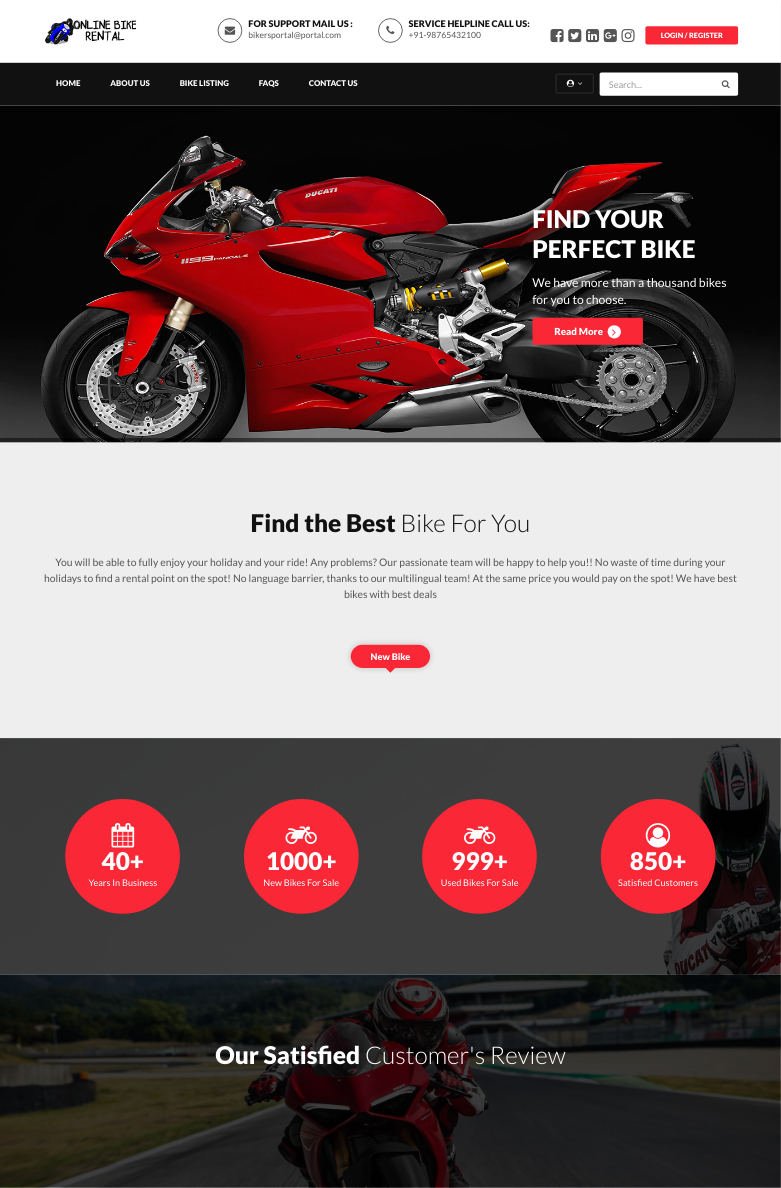
Repository: Het95/Bike-Rental-JSP
Page: http://localhost/AJOep/
An editor plug-in stored every save of this project. The page is shown before and after the next save, followed by the edit.
The browser window is 1280 px wide. The pictures show the whole page, at 61% of full size.
Backgrounds fixed to the window are drawn as part of the page. The page is served by Tomcat 9. Other server files are loaded and not shown. Queries for data that is not in the repository find no rows.

Above is the page before, as saved 2020-05-31 22:02:19.

### AJOep/WebContent/index.jsp
 <%@ page language="java" contentType="text/html; charset=ISO-8859-1"
    pageEncoding="ISO-8859-1"%>
    <%@ taglib uri="http://java.sun.com/jsp/jstl/sql" prefix="sql" %>
    <%@ taglib uri="http://java.sun.com/jsp/jstl/core" prefix="c" %>
<!DOCTYPE html>
<html>
<head>
		<meta charset="ISO-8859-1">
        <meta name="viewport" content="width=device-width, initial-scale=1.0">
        <title>Bike Rental Portal</title>
		<!--Bootstrap -->
		<link rel="stylesheet" href="assets/css/bootstrap.min.css" type="text/css">
		<link rel="stylesheet" href="assets/css/styles.css" type="text/css">
		<link rel="stylesheet" href="assets/css/owl.carousel.css" type="text/css">
		<link rel="stylesheet" href="assets/css/owl.transitions.css" type="text/css">
		<link href="assets/css/slick.css" rel="stylesheet">
		<link href="assets/css/bootstrap-slider.min.css" rel="stylesheet">
		<link href="assets/css/font-awesome.min.css" rel="stylesheet">
		<link rel="apple-touch-icon-precomposed" sizes="144x144" href="assets/images/favicon-icon/apple-touch-icon-144-precomposed.png">
		<link rel="apple-touch-icon-precomposed" sizes="114x114" href="assets/images/favicon-icon/apple-touch-icon-114-precomposed.html">
		<link rel="apple-touch-icon-precomposed" sizes="72x72" href="assets/images/favicon-icon/apple-touch-icon-72-precomposed.png">
		<link rel="apple-touch-icon-precomposed" href="assets/images/favicon-icon/apple-touch-icon-57-precomposed.png">
		<link rel="shortcut icon" href="assets/images/favicon-icon/24x24.png">
		<link href="https://fonts.googleapis.com/css?family=Lato:300,400,700,900" rel="stylesheet">
		<title>Biker's Portal</title>
</head>
<body>

	 <!-- DataBase -->
	 <sql:setDataSource var="db" driver="com.mysql.jdbc.Driver"
     url="jdbc:mysql://localhost/bikers_portal_db"
     user="root"  password=""/>
	 <!-- /DataBase -->

	<!-- Header -->

	<header>
  	<div class="default-header">
    	<div class="container">
      		<div class="row">
        		<div class="col-sm-3 col-md-2">
          			<div class="logo"> <a href="index.jsp"><img src="assets/images/logg2.png" alt="image"/></a> </div>
        		</div>
        		<div class="col-sm-9 col-md-10">
          			<div class="header_info">
            			<div class="header_widgets">
              <div class="circle_icon"> <i class="fa fa-envelope" aria-hidden="true"></i> </div>
              <p class="uppercase_text">For Support Mail us : </p>
              <a href="mailto:bikersportal@portal.com">bikersportal@portal.com</a> </div>
            <div class="header_widgets">
              <div class="circle_icon"> <i class="fa fa-phone" aria-hidden="true"></i> </div>
              <p class="uppercase_text">Service Helpline Call Us: </p>
              <a href="tel:+91-98765432100">+91-98765432100</a> </div>
            <div class="social-follow">
              <ul>
                <li><a href="https://www.facebook.com/"><i class="fa fa-facebook-square" aria-hidden="true"></i></a></li>
                <li><a href="https://www.twitter.com/"><i class="fa fa-twitter-square" aria-hidden="true"></i></a></li>
                <li><a href="https://www.linkedin.com/"><i class="fa fa-linkedin-square" aria-hidden="true"></i></a></li>
                <li><a href="https://www.google.com/"><i class="fa fa-google-plus-square" aria-hidden="true"></i></a></li>
                <li><a href="https://www.instagram.com/"><i class="fa fa-instagram" aria-hidden="true"></i></a></li>
              </ul>
            </div>

            <c:choose>
            	<c:when test="${ sessionScope.userMail eq null }">
            		<div class="login_btn"> <a href="login.jsp" class="btn btn-xs uppercase" >Login / Register</a> </div>
            	</c:when>
            	<c:otherwise>
            		Welcome To Bike rental portal
            	</c:otherwise>
            </c:choose>
			  </div>
        </div>
      </div>
    </div>
  </div>
  <!-- Navigation -->
  <nav id="navigation_bar" class="navbar navbar-default">
    <div class="container">
      <div class="navbar-header">
        <button id="menu_slide" data-target="#navigation" aria-expanded="false" data-toggle="collapse" class="navbar-toggle collapsed" type="button"> <span class="sr-only">Toggle navigation</span> <span class="icon-bar"></span> <span class="icon-bar"></span> <span class="icon-bar"></span> </button>
      </div>
      <div class="header_wrap">
        <div class="user_login">
          <ul>
            <li class="dropdown"> <a href="#" data-toggle="dropdown" aria-haspopup="true" aria-expanded="false"><i class="fa fa-user-circle" aria-hidden="true"></i>
            <sql:query dataSource="${db}" var="result">SELECT FullName FROM tblusers WHERE EmailId='${sessionScope.userMail }'</sql:query>
            <c:forEach var="row" items="${result.rows}"  >
            	<c:out value="${ row.FullName }"/>
            </c:forEach>
            <i class="fa fa-angle-down" aria-hidden="true"></i></a>
              <ul class="dropdown-menu">
              	<c:choose>
              		<c:when test="${ sessionScope.userMail eq null }">
              			<li><a href="#loginform"  data-toggle="modal" data-dismiss="modal">Profile Settings</a></li>
              			<li><a href="#loginform"  data-toggle="modal" data-dismiss="modal">Update Password</a></li>
           		 		<li><a href="#loginform"  data-toggle="modal" data-dismiss="modal">My Booking</a></li>
            			<li><a href="#loginform"  data-toggle="modal" data-dismiss="modal">Sign Out</a></li>
              		</c:when>
              		<c:otherwise>
              			<li><a href="profile.jsp">Profile Settings</a></li>
          			    <li><a href="update-password.jsp">Update Password</a></li>
            			<li><a href="my-booking.jsp">My Booking</a></li>
            			<li><a href="logout.jsp">Sign Out</a></li>
              		</c:otherwise>
              	</c:choose>

              	</ul>
            </li>
          </ul>
        </div>
        <div class="header_search">
          <div id="search_toggle"><i class="fa fa-search" aria-hidden="true"></i></div>
          <form action="#" method="get" id="header-search-form">
            <input type="text" placeholder="Search..." class="form-control">
            <button type="submit"><i class="fa fa-search" aria-hidden="true"></i></button>
          </form>
        </div>
      </div>
      <div class="collapse navbar-collapse" id="navigation">
        <ul class="nav navbar-nav">
          <li><a href="index.jsp">Home</a>    </li>

          <li><a href="page.jsp?type=aboutus">About Us</a></li>
          <li><a href="bike-listing.jsp">Bike Listing</a>
          <li><a href="page.jsp?type=faqs">FAQs</a></li>
          <li><a href="contact-us.jsp">Contact Us</a></li>

        </ul>
      </div>
    </div>
  </nav>
  <!-- Navigation end -->

</header>

	<!-- /Header -->
		<!-- Banners -->
		<section id="banner" class="banner-section">
		  <div class="container">
		    <div class="div_zindex">
		      <div class="row">
		        <div class="col-md-5 col-md-push-7">
		          <div class="banner_content">
		            <h1>Find Your Perfect bike</h1>
		            <p>We have more than a thousand bikes for you to choose. </p>
		            <a href="bike-listing.jsp" class="btn">Read More <span class="angle_arrow"><i class="fa fa-angle-right" aria-hidden="true"></i></span></a> </div>
		        </div>
		      </div>
		    </div>
		  </div>
		</section>
		<!-- /Banners -->


		<!-- Resent Cat-->
		<section class="section-padding gray-bg">
  			<div class="container">
    			<div class="section-header text-center">
      				<h2>Find the Best <span>Bike For You</span></h2>
      				<p>You will be able to fully enjoy your holiday and your ride! Any problems? Our passionate team will be happy to help you!! No waste of time during your holidays to find a rental point on the spot! No language barrier, thanks to our multilingual team! At the same price you would pay on the spot! We have best bikes with best deals</p>
   				</div>
 			<div class="row">

	      <!-- Nav tabs -->
	      <div class="recent-tab">
	        <ul class="nav nav-tabs" role="tablist">
	          <li role="presentation" class="active"><a href="#resentnewcar" role="tab" data-toggle="tab">New Bike</a></li>
	        </ul>
	      </div>
	      <!-- Recently Listed New Bikes -->

	      <div class="tab-content">
	        <div role="tabpanel" class="tab-pane active" id="resentnewcar">

	         <sql:query dataSource = "${db}" var = "result">
        	    SELECT tblvehicles.VehiclesTitle,tblbrands.BrandName,tblvehicles.PricePerDay,tblvehicles.FuelType,tblvehicles.ModelYear,tblvehicles.id,tblvehicles.SeatingCapacity,tblvehicles.VehiclesOverview,tblvehicles.Vimage1 from tblvehicles join tblbrands on tblbrands.id=tblvehicles.VehiclesBrand;
     	    </sql:query>

	         <c:forEach var = "row" items = "${result.rows}">
	               <div class="col-list-3">
						<div class="recent-car-list">
							<div class="car-info-box"> <a href="vehical-details.php?vhid=${row.id }"><img src="admin/img/vehicleimages/${row.Vimage1}" class="img-responsive" alt="image"></a>
							<ul>
								<li><i class="fa fa-car" aria-hidden="true"></i><c:out value="${row.FuelType }"/></li>
								<li><i class="fa fa-calendar" aria-hidden="true"></i><c:out value="${row.ModelYear }"/> Model</li>
								<li><i class="fa fa-user" aria-hidden="true"></i><c:out value="${row.SeatingCapacity }"/> seats</li>
							</ul>
					</div>
					<div class="car-title-m">
						<h6><a href="vehical-details.php?vhid=${row.id }"><c:out value="${row.BrandName }"/> ,<c:out value="${row.VehiclesTitle }"/></a></h6>
						<span class="price"><c:out  value="${ row.PricePerDay }"/> /Day</span>
					</div>
					<div class="inventory_info_m">
						<p><c:out value="${ row.VehiclesOverview}"/></p>
				</div>
			</div>
		</div>

		 </c:forEach>
      </div>
    </div>
  </div>
		</section>
<!-- /Resent Cat -->

<!-- Fun Facts-->
<section class="fun-facts-section">
  <div class="container div_zindex">
    <div class="row">
      <div class="col-lg-3 col-xs-6 col-sm-3">
        <div class="fun-facts-m">
          <div class="cell">
            <h2><i class="fa fa-calendar" aria-hidden="true"></i>40+</h2>
            <p>Years In Business</p>
          </div>
        </div>
      </div>
      <div class="col-lg-3 col-xs-6 col-sm-3">
        <div class="fun-facts-m">
          <div class="cell">
            <h2><i class="fa fa-motorcycle " aria-hidden="true"></i>1000+</h2>
            <p>New Bikes For Sale</p>
          </div>
        </div>
      </div>
      <div class="col-lg-3 col-xs-6 col-sm-3">
        <div class="fun-facts-m">
          <div class="cell">
            <h2><i class="fa fa-motorcycle " aria-hidden="true"></i>999+</h2>
            <p>Used Bikes For Sale</p>
          </div>
        </div>
      </div>
      <div class="col-lg-3 col-xs-6 col-sm-3">
        <div class="fun-facts-m">
          <div class="cell">
            <h2><i class="fa fa-user-circle-o" aria-hidden="true"></i>850+</h2>
            <p>Satisfied Customers</p>
          </div>
        </div>
      </div>
    </div>
  </div>
  <!-- Dark Overlay-->
  <div class="dark-overlay"></div>
</section>
<!-- /Fun Facts-->


<!--Testimonial -->
<section class="section-padding testimonial-section parallex-bg">
  <div class="container div_zindex">
    <div class="section-header white-text text-center">
      <h2>Our Satisfied <span>Customer's Review</span></h2>
    </div>
    <div class="row">
      <div id="testimonial-slider">
   	  		     <sql:query dataSource = "${db}" var = "result">
        	    	SELECT tbltestimonial.Testimonial,tblusers.FullName from tbltestimonial join tblusers on tbltestimonial.UserEmail=tblusers.EmailId where tbltestimonial.status=1;
        	    </sql:query>
        	     <c:forEach var = "row" items = "${result.rows}">


        	     	<div class="testimonial-m">
          				<div class="testimonial-img"> <img src="assets/images/cat-profile.png" alt="" /> </div>
          				<div class="testimonial-content">
            				<div class="testimonial-heading">
              					<h5><c:out value="${ row.FullName }"/></h5>
            					<p><c:out value="${ row.Testimonial }"/></p>
         					</div>
        				</div>
        			</div>
			</c:forEach>

      </div>
    </div>
  </div>
  <!-- Dark Overlay-->
  <div class="dark-overlay"></div>
</section>
        	<!-- /Testimonial-->


<!--Back to top-->
<div id="back-top" class="back-top"> <a href="#top"><i class="fa fa-angle-up" aria-hidden="true"></i> </a> </div>
<!--/Back to top-->


<!-- Scripts -->
<script src="assets/js/jquery.min.js"></script>
<script src="assets/js/bootstrap.min.js"></script>
<script src="assets/js/interface.js"></script>
<!--bootstrap-slider-JS-->
<script src="assets/js/bootstrap-slider.min.js"></script>
<!--Slider-JS-->
<script src="assets/js/slick.min.js"></script>
<script src="assets/js/owl.carousel.min.js"></script>

</body>
</html>

Loaded but not shown: AJOep/WebContent/assets/css/bootstrap.min.css (library); AJOep/WebContent/assets/css/owl.carousel.css (common file); AJOep/WebContent/assets/css/owl.transitions.css (library); AJOep/WebContent/assets/css/slick.css (common file); AJOep/WebContent/assets/css/bootstrap-slider.min.css (library); AJOep/WebContent/assets/css/font-awesome.min.css (library); AJOep/WebContent/assets/js/jquery.min.js (library); AJOep/WebContent/assets/js/bootstrap.min.js (library); AJOep/WebContent/assets/js/bootstrap-slider.min.js (library); AJOep/WebContent/assets/js/slick.min.js (library); AJOep/WebContent/assets/js/owl.carousel.min.js (library); AJOep/WebContent/assets/fonts/fontawesome-webfont3e6e.html (common file); AJOep/WebContent/assets/js/interface.js (180 lines, source omitted); AJOep/WebContent/assets/css/styles.css (5459 lines, source omitted)

After the next save:
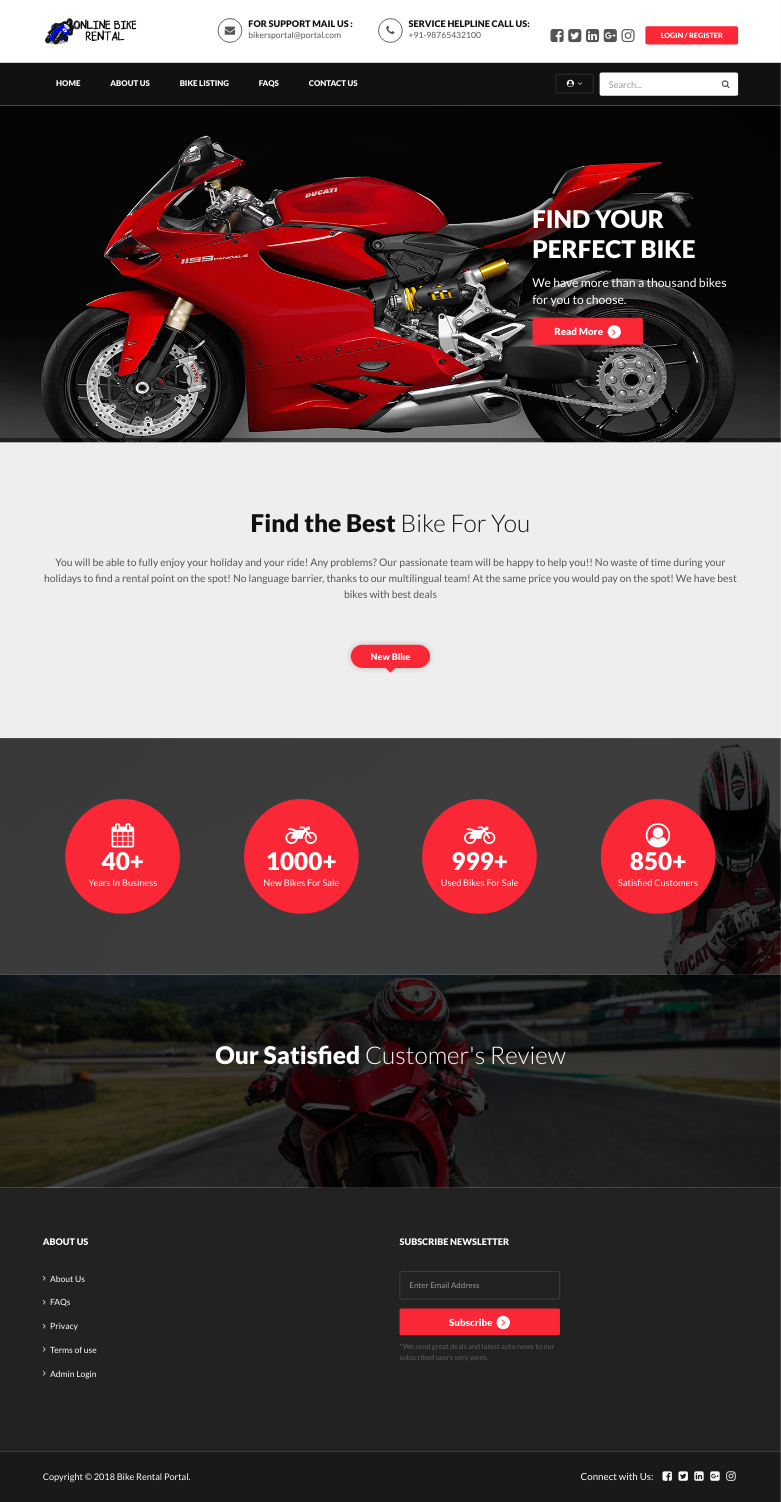
Saved 2 min 5 s later.
--- a/AJOep/WebContent/index.jsp
+++ b/AJOep/WebContent/index.jsp
@@ -287,6 +287,63 @@
 <!--/Back to top-->
 
 
+<!-- Footer -->
+<footer>
+  <div class="footer-top">
+    <div class="container">
+      <div class="row">
+
+        <div class="col-md-6">
+          <h6>About Us</h6>
+          <ul>
+
+
+          <li><a href="page.jsp?type=aboutus">About Us</a></li>
+            <li><a href="page.jsp?type=faqs">FAQs</a></li>
+            <li><a href="page.jsp?type=privacy">Privacy</a></li>
+          <li><a href="page.jsp?type=terms">Terms of use</a></li>
+               <li><a href="admin/">Admin Login</a></li>
+          </ul>
+        </div>
+
+        <div class="col-md-3 col-sm-6">
+          <h6>Subscribe Newsletter</h6>
+          <div class="newsletter-form">
+            <form method="post">
+              <div class="form-group">
+                <input type="email" name="subscriberemail" class="form-control newsletter-input" required placeholder="Enter Email Address" />
+              </div>
+              <button type="submit" name="emailsubscibe" class="btn btn-block">Subscribe <span class="angle_arrow"><i class="fa fa-angle-right" aria-hidden="true"></i></span></button>
+            </form>
+            <p class="subscribed-text">*We send great deals and latest auto news to our subscribed users very week.</p>
+          </div>
+        </div>
+      </div>
+    </div>
+  </div>
+  <div class="footer-bottom">
+    <div class="container">
+      <div class="row">
+        <div class="col-md-6 col-md-push-6 text-right">
+          <div class="footer_widget">
+            <p>Connect with Us:</p>
+            <ul>
+            <li><a href="https://www.facebook.com/"><i class="fa fa-facebook-square" aria-hidden="true"></i></a></li>
+                <li><a href="https://www.twitter.com/"><i class="fa fa-twitter-square" aria-hidden="true"></i></a></li>
+                <li><a href="https://www.linkedin.com/"><i class="fa fa-linkedin-square" aria-hidden="true"></i></a></li>
+                <li><a href="https://www.google.com/"><i class="fa fa-google-plus-square" aria-hidden="true"></i></a></li>
+                <li><a href="https://www.instagram.com/"><i class="fa fa-instagram" aria-hidden="true"></i></a></li>
+                </ul>
+          </div>
+        </div>
+        <div class="col-md-6 col-md-pull-6">
+          <p class="copy-right">Copyright &copy; 2018 Bike Rental Portal. </p>
+        </div>
+      </div>
+    </div>
+  </div>
+</footer>
+<!-- /Footer -->
 <!-- Scripts -->
 <script src="assets/js/jquery.min.js"></script>
 <script src="assets/js/bootstrap.min.js"></script>
